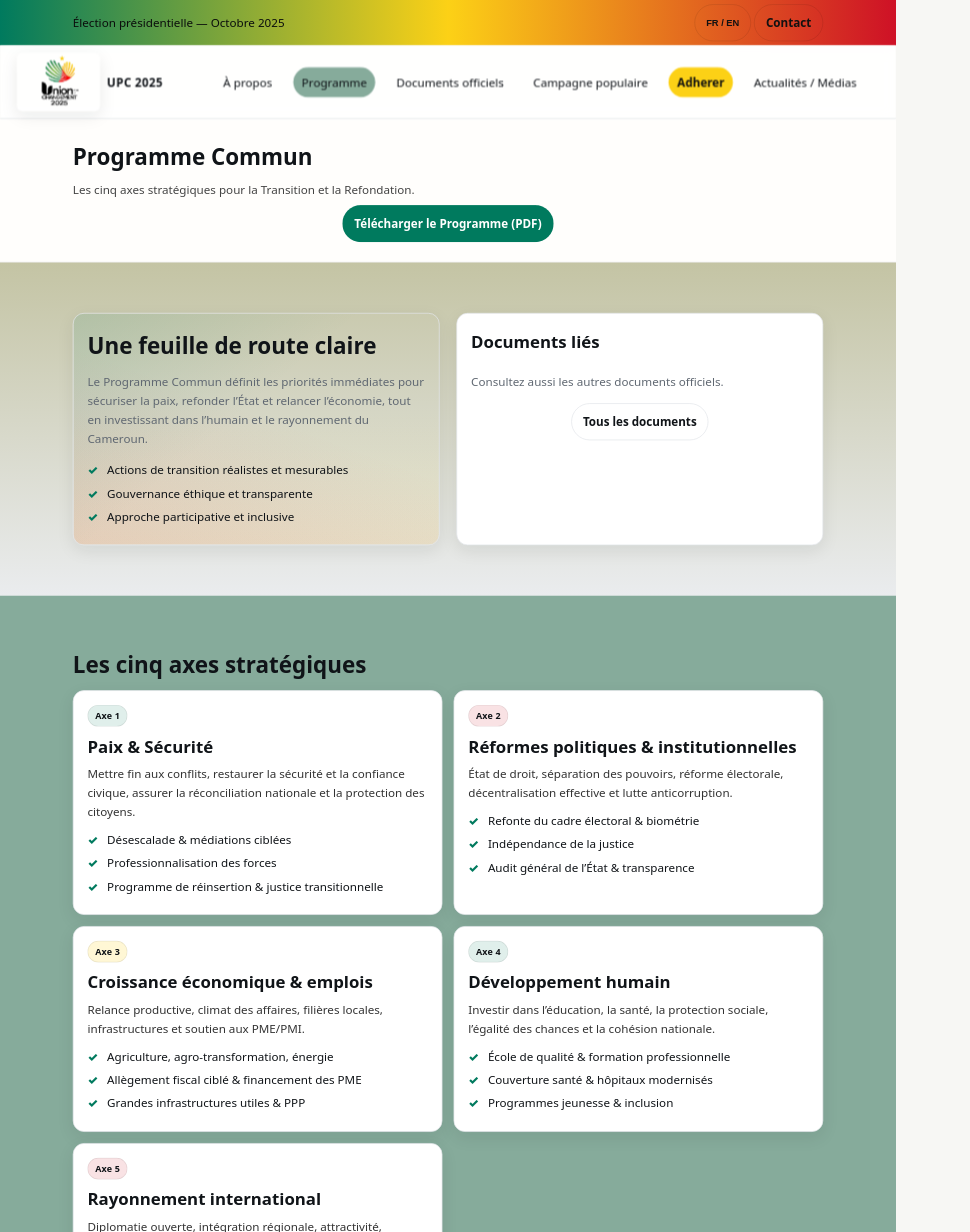
Repository: Kishny/upc2025
Page: programme.html
These files come from the project's save history. The page is drawn as it stood at one moment and after the next save; the edit follows.
The browser window is 1280 px wide. The page is 1280 px wide, then 1386 px, so the pictures cover 1386 px, including what lies to the right of the window. The pictures show the part of the page from y = 0 to 1760 px (the page is 2553 px tall), at 70% of full size.

Above is the page before, as saved 2025-09-11 20:19:02.
Console error: ReferenceError: DICT_ABOUT is not defined

After the next save:
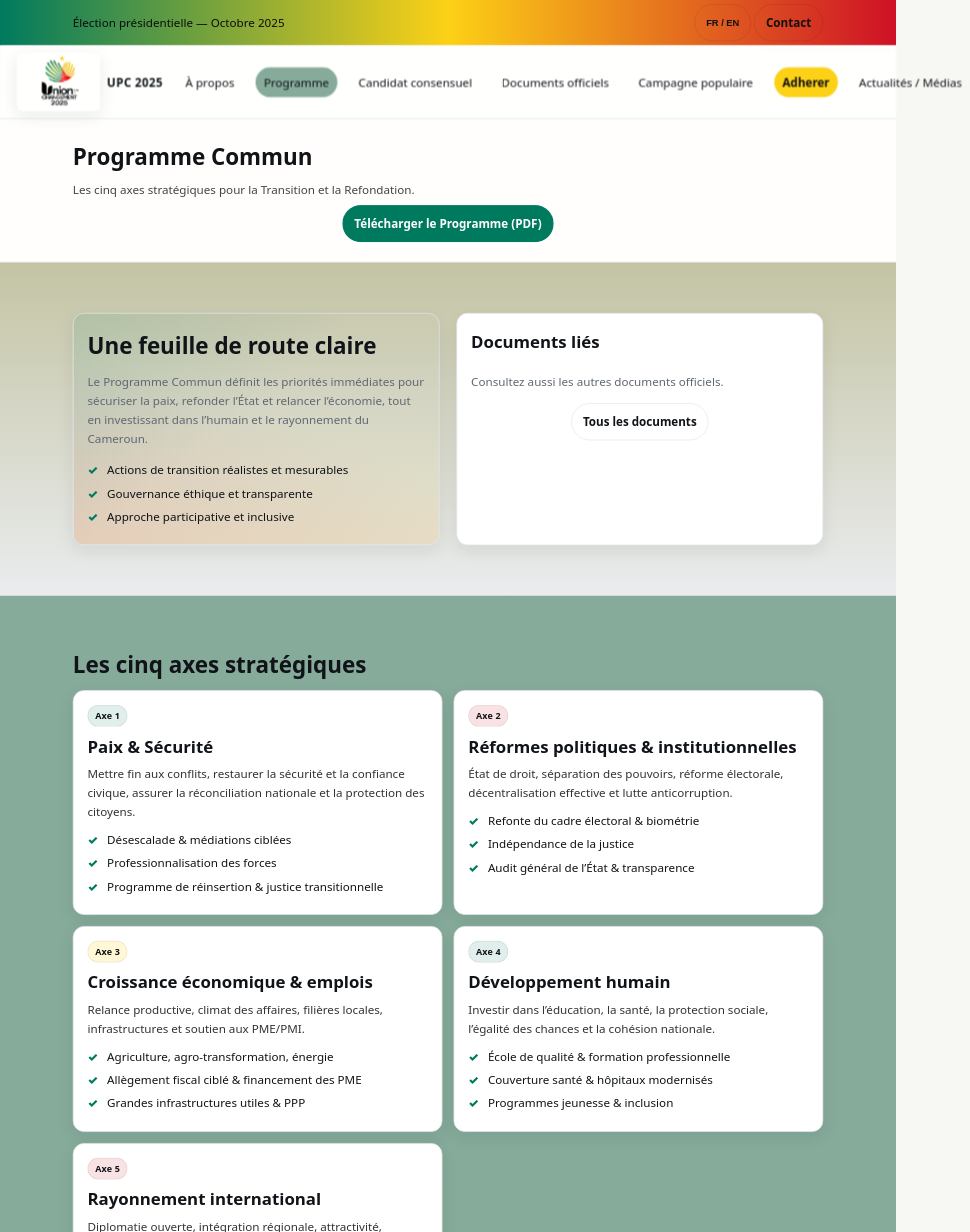
Saved 22 s later.
--- a/programme.html
+++ b/programme.html
@@ -52,6 +52,9 @@
           <a href="a-propos.html" data-i18n="nav_about">À propos</a>
           <a href="programme.html" class="active" data-i18n="nav_program"
             >Programme</a
+          >
+          <a href="candidat.html" data-i18n="nav_candidate"
+            >Candidat consensuel</a
           >
           <a href="documents.html" data-i18n="nav_docs">Documents officiels</a>
           <a href="campagne-populaire.html" data-i18n="nav_campaign"
